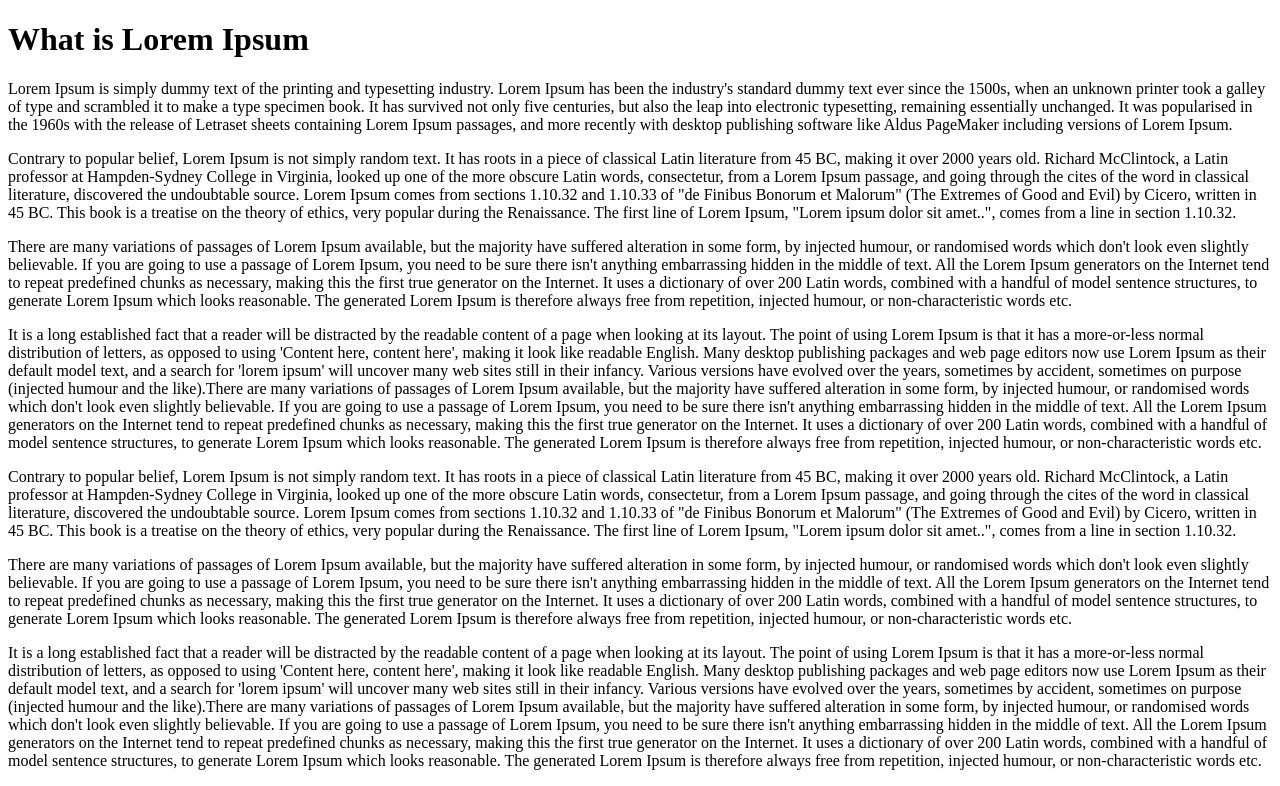
Repository: skybluelion/KB
Page: KB/work05_front/front02_css3/src/main/webapp/css06_background.html
The author's editor kept a copy of each file at every save. The page is drawn from the files as they stood at one save, then again after the next save.
The browser window is 1280 px wide. The pictures show the whole page.

Above is the page before, as saved 2023-04-10 02:12:29.

After the next save:
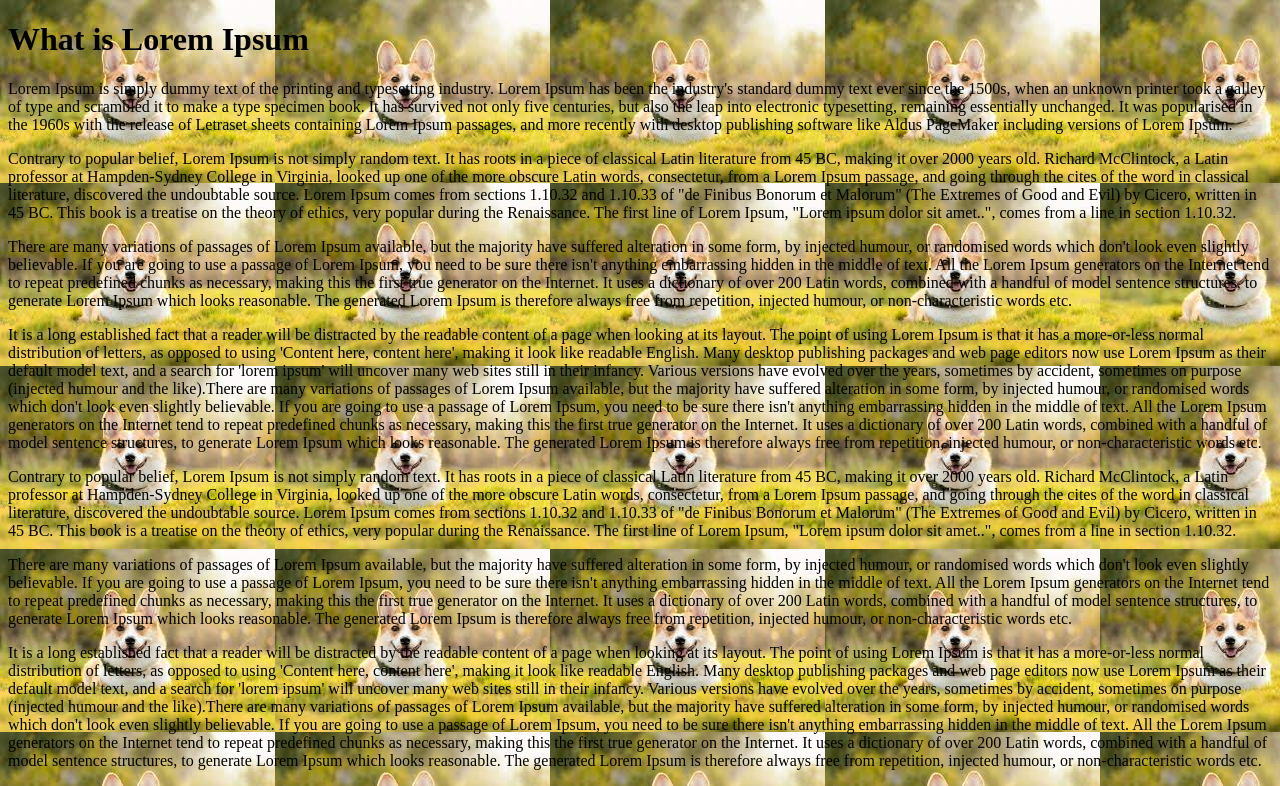
Saved 7 min 23 s later.
--- a/KB/work05_front/front02_css3/src/main/webapp/css06_background.html
+++ b/KB/work05_front/front02_css3/src/main/webapp/css06_background.html
@@ -4,7 +4,9 @@
 <meta charset="UTF-8">
 <title>Insert title here</title>
 <style>
-
+	body{
+		background-image: url("./img/1.jpg");
+	}
 </style>
 </head>
 <body>

After the save that followed:
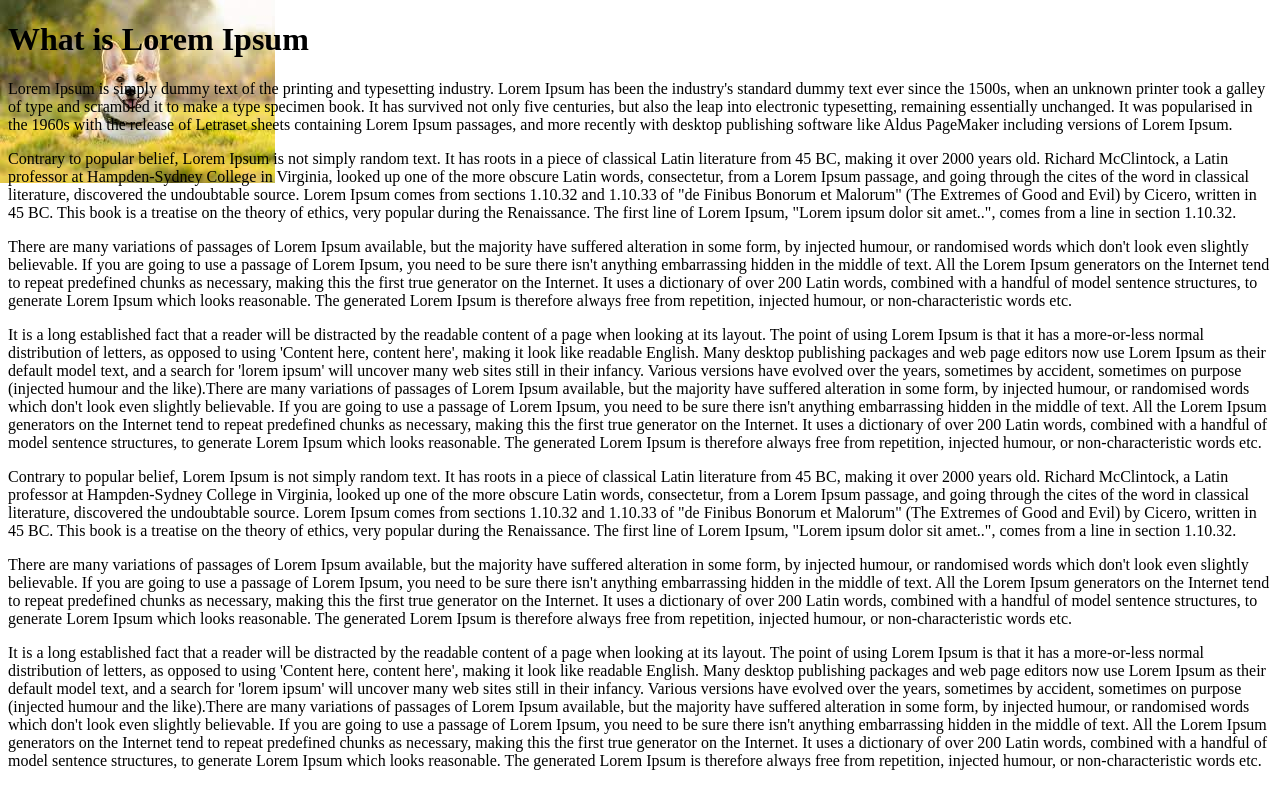
Saved 2 min 39 s later.
--- a/KB/work05_front/front02_css3/src/main/webapp/css06_background.html
+++ b/KB/work05_front/front02_css3/src/main/webapp/css06_background.html
@@ -6,6 +6,7 @@
 <style>
 	body{
 		background-image: url("./img/1.jpg");
+		background-repeat: no-repeat; /*  */
 	}
 </style>
 </head>
